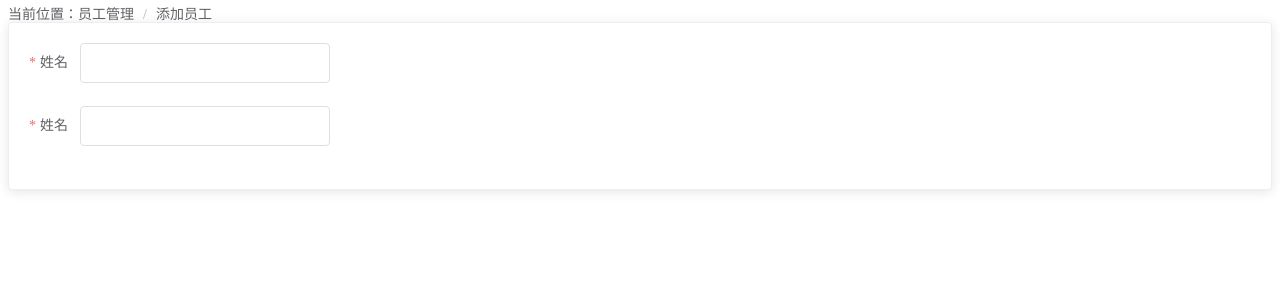
Repository: YUNjwyao/vue_hrm
Page: /#/addEmployee
The author's editor kept a copy of each file at every save. The page is drawn from the files as they stood at one save, then again after the next save.
The browser window is 1280 px wide. The pictures show the whole page.
The project was rebuilt for these pictures with package versions that can differ from the ones it lists, and the page was loaded fresh each time. Also part of the build but not shown: src/components/Employee/EmployeeQuery.vue.

Above is the page before, as saved 2020-10-15 20:07:27.

After the next save:
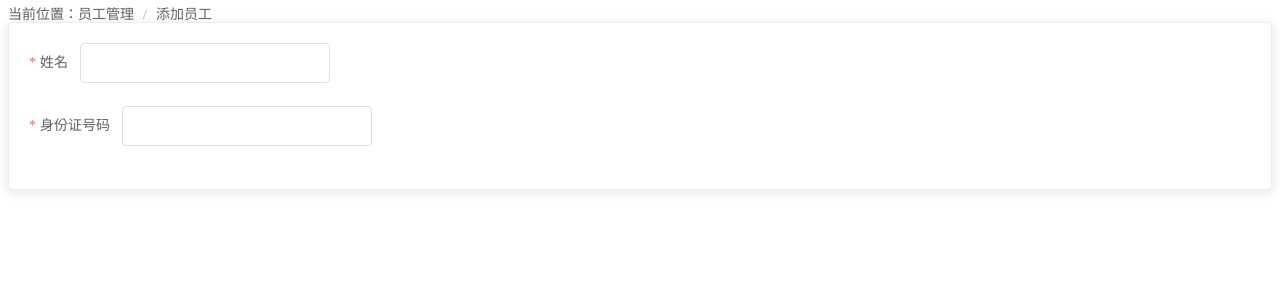
Saved 78 s later.
--- a/src/components/Employee/ShowAddEmployee.vue
+++ b/src/components/Employee/ShowAddEmployee.vue
@@ -16,8 +16,8 @@
 		  <el-form-item label="姓名" prop="name">
           <el-input v-model="addForm.name"></el-input>
         </el-form-item>
-		 <el-form-item label="姓名" prop="name">
-          <el-input v-model="addForm.name"></el-input>
+		 <el-form-item label="身份证号码" prop="IdNumber">
+          <el-input v-model="addForm.IdNumber"></el-input>
         </el-form-item>
 	  </el-row>
 
@@ -32,14 +32,18 @@ export default {
     return {
 		// 添加表单对象
 		addForm: {
-			name: ''
+			name: '',
+			IdNumber: ''
 		},
 		// 添加表单校验规则对象
 		addFormRules: {
 			name: [
             { required: true, message: '请输入活动名称', trigger: 'blur' },
             { min: 3, max: 5, message: '长度在 3 到 5 个字符', trigger: 'blur' }
-          ]
+		  ],
+		  IdNumber: [
+			  { required: true, message: '请输入活动名称', trigger: 'blur' }
+		  ]
 		}
 	};
   },
